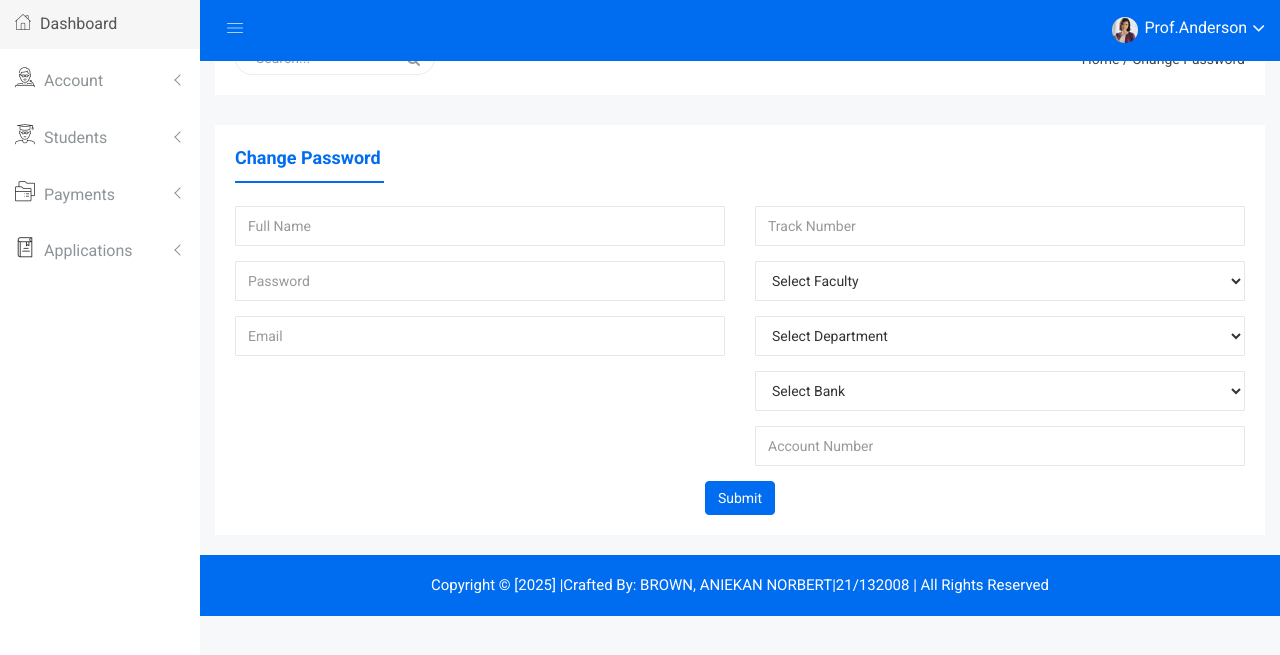
Repository: walterjnr1/crowdfunding-system
Page: http://localhost/Admin/change_password.php
The author's editor kept a copy of each file at every save. The page is drawn from the files as they stood at one save, then again after the next save.
The browser window is 1280 px wide. The pictures show the whole page.
The page is run by PHP 8.4 with error messages shown; the project is at /var/www/html/.

Above is the page before, as saved 2025-02-20 12:22:11.
Console error (its wording comes from the project's code and is left out).

After the next save:
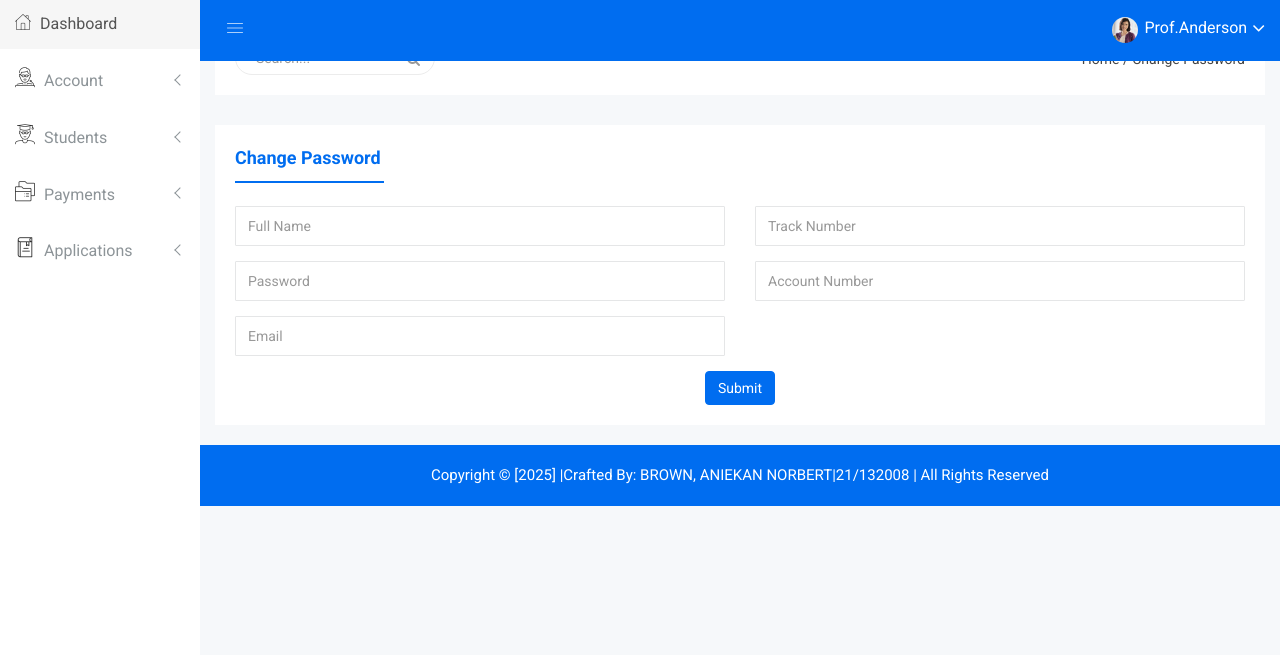
Saved 21 s later.
--- a/Admin/change_password.php
+++ b/Admin/change_password.php
@@ -132,65 +132,7 @@
                                                                         class="form-control"
                                                                         placeholder="Track Number">
                                                                 </div>
-                                                                <div class="form-group">
-                                                                    <select name="cmdfaculty" class="form-control">
-                                                                        <option value="none" selected=""
-                                                                            disabled="">Select Faculty</option>
-                                                                        <option
-                                                                            value="Faculty Of Natural And Applied Sciences">
-                                                                            Faculty Of Natural And Applied Sciences
-                                                                        </option>
-                                                                        <option
-                                                                            value="Faculty Of Humanities Management And Social Sciences">
-                                                                            Faculty Of Humanities Management And Social
-                                                                            Sciences</option>
-                                                                        <option value="0">Male</option>
-                                                                        <option
-                                                                            value="Faculty Of Basic Medical Sciences">
-                                                                            Faculty Of Basic Medical Sciences</option>
-                                                                        <option value="Faculty Of Law">Faculty Of Law
-                                                                        </option>
-                                                                        <option value="Faculty Of Education">Faculty Of
-                                                                            Education</option>
 
-                                                                    </select>
-                                                                </div>
-                                                                <div class="form-group">
-                                                                    <select name="cmddept" class="form-control">
-                                                                        <option value="none" selected=""disabled="">Select Department</option>
-                                                                        <option value="Biology">Biology</option>
-                                                                        <option value="Microbiology">Microbiology</option>
-                                                                        <option value="Plant Science & Biotechnology">Plant Science & Biotechnology</option>
-                                                                        <option value="Chemistry">Chemistry</option>
-                                                                        <option value="Biochemistry">Biochemistry</option>
-                                                                        <option value="Geology">Geology</option>
-                                                                      <option value="Applied Geophysics">Applied Geophysics</option>
-                                                                      <option value="Computer Science">Computer Science</option>
-                                                                       <option value="Mathematics">Mathematics</option>
-                                                                        <option value="Physics">Physics</option>
-                                                                         <option value="Educational Foundations">Educational Foundations</option>
-                                                                          <option value="Banking & Finance">Banking & Finance</option>
-                                                                          <option value="Accounting">Accounting</option>
-
-
-                                                                    </select>
-                                                                </div>
-                                                                <div class="form-group">
-                                                                    <select name="country" class="form-control">
-                                                                        <option value="none" selected=""
-                                                                            disabled="">Select Bank</option>
-                                                                        <option value="Access Bank">Access Bank</option>
-                                                                        <option value="FirstBank">FirstBank</option>
-                                                                        <option value="OPay">OPay</option>
-                                                                        <option value="Palmpay">Palmpay</option>
-                                                                        <option value="Fairmoney">Fairmoney</option>
-                                                                        <option value="Sterling Bank">Sterling Bank</option>
-                                                                        <option value="Union Bank">Union Bank</option>                                                                        <option value="5">Sterling Bank</option>
-                                                                        <option value="United Bank for Africa">United Bank for Africa</option>                                                                        <option value="5">Sterling Bank</option>
-
-
-                                                                    </select>
-                                                                </div>
 
                                                                 <div class="form-group">
                                                                     <input name="txtaccountnumber" type="number"
